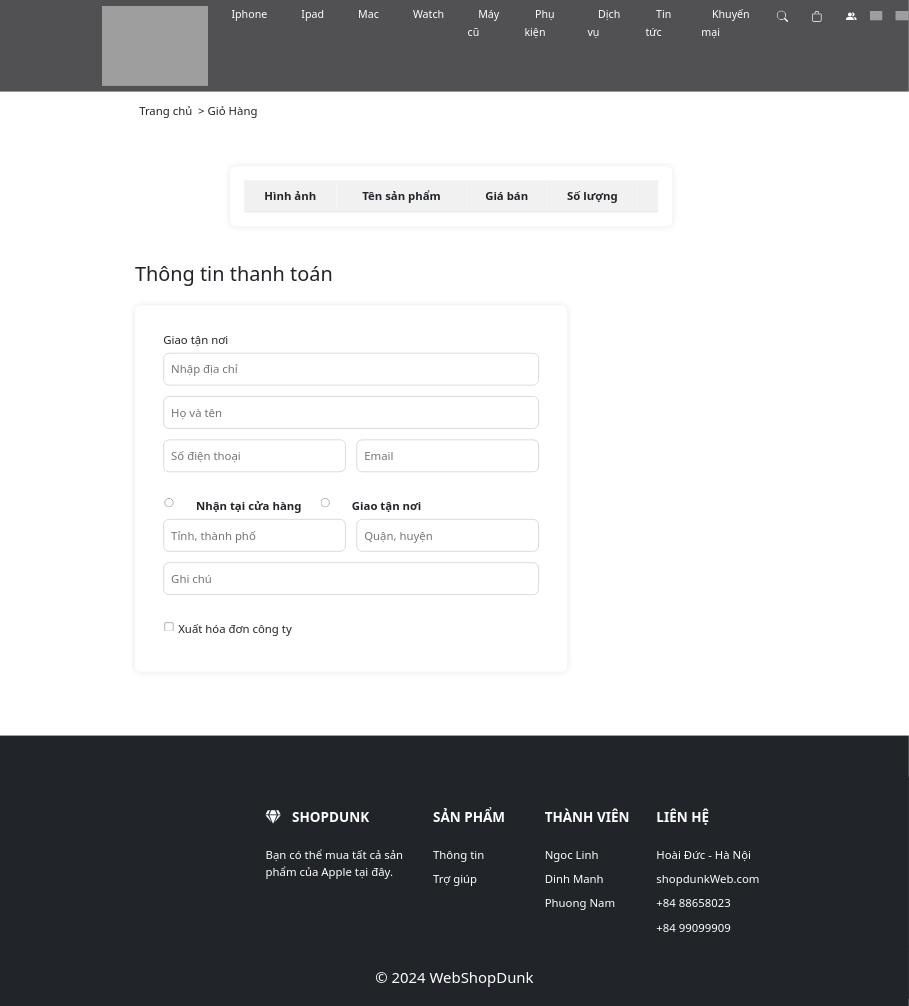
Repository: 20092004nam2k4/FE-ShopDunk
Page: /cart
The author's editor kept a copy of each file at every save. The page is drawn from the files as they stood at one save, then again after the next save.
The browser window is 1280 px wide. The pictures show the whole page, at 71% of full size.
Pictures or frames that could not be fetched are drawn as grey boxes. The page's requests for data from a server got no answer. The project was rebuilt for these pictures with package versions that can differ from the ones it lists, and the page was loaded fresh each time. No one was signed in, and anything a server would have sent is missing. Also part of the build but not shown: src/component/common/SlideImage.css, src/component/common/SlideImage.js, src/component/product/ProductList.js, src/component/product/ProductDetail.css, src/component/product/ProductDetail.js, src/component/user/LoginUser.js, src/component/user/UserProfile.js, src/component/user/RegistrationForm.css and 2 more.

Above is the page before, as saved 2024-06-25 16:42:06.

### src/component/cart/CartPage.js
import React, { useState, useEffect } from "react";
import axios from "axios";
import "./CartPage.css";

const CartPage = () => {
  const [cartItems, setCartItems] = useState([]);
  const [userName, setUserName] = useState("");

  useEffect(() => {
    const user = sessionStorage.getItem("user");
    setUserName(user);
    fetchCartItems(user);
  }, [userName]); // Thêm userName vào dependency array để theo dõi sự thay đổi của userName

  const fetchCartItems = (username) => {
    axios
      .get(`http://localhost:8090/api/products/cart/${username}`)
      .then((response) => {
        setCartItems(response.data);
      })
      .catch((error) => {
        console.error("Error fetching cart items:", error);
      });
  };

  const removeFromCart = (id) => {
    axios
      .delete(`http://localhost:8090/api/products/removeFromCart/${id}`)
      .then(() => {
        fetchCartItems(userName); // Gọi lại fetchCartItems sau khi xóa sản phẩm thành công
      })
      .catch((error) => {
        console.error("Error removing product from cart:", error);
      });
  };

  const updateQuantity = (id, newQuantity) => {
    if (newQuantity <= 0) {
      removeFromCart(id);
      return;
    }

    axios
      .put(
        `http://localhost:8090/api/products/updateCart/${id}`,
        null,
        { params: { quantity: newQuantity } }
      )
      .then(() => {
        fetchCartItems(userName); // Gọi lại fetchCartItems sau khi cập nhật số lượng thành công
      })
      .catch((error) => {
        console.error("Error updating product quantity:", error);
      });
  };

  const calculateSubtotal = () => {
    return cartItems.reduce(
      (sum, item) => sum + item.product.price * item.quantity,
      0
    );
  };

  const calculateTotal = () => {
    return calculateSubtotal();
  };

  return (
    <>

      <div className="cart-page">
        <div className="title-header">
          <p>Trang chủ &nbsp;&gt; Giỏ Hàng</p>
        </div>
        <div className="tong">
          <div className="left">
            <div className="cart-detail">
              <table className="cart">
                <thead>
                  <tr>
                    <th>Hình ảnh</th>
                    <th>Tên sản phẩm</th>
                    <th>Giá bán</th>
                    <th className="quantity-text">Số lượng</th>
                    <th></th>
                  </tr>
                </thead>
                <tbody>
                  {cartItems.map((item) => (
                    <tr key={item.id}>
                      <td>
                        <a href={`/product/${item.product.id}`}>
                          <img
                            alt={`Ảnh của ${item.product.name}`}
                            src={`http://localhost:8090/image/${item.product.image}`}
                            title={`Hiển thị chi tiết cho ${item.product.name}`}
                          />
                        </a>
                      </td>
                      <td className="product">
                        <a href={`/product/${item.product.id}`} className="product-name">
                          {item.product.name}
                        </a>
                      </td>
                      <td className="unit-price">
                        <span className="product-unit-price">
                          {parseInt(item.product.price).toLocaleString()}₫
                        </span>
                      </td>
                      <td className="quantity">
                        <div className="cart-quantity-input-container">
                          <button
                            className="quantity-button"
                            onClick={() => updateQuantity(item.id, item.quantity - 1)}
                          >
                            <i className="fas fa-minus"></i>
                          </button>
                          <input
                            className="input-text"
                            id={`quantity${item.id}`}
                            value={item.quantity}
                            size="4"
                            readOnly
                          />
                          <button
                            className="quantity-button"
                            onClick={() => updateQuantity(item.id, item.quantity + 1)}
                          >
                            <i className="fas fa-plus"></i>
                          </button>
                        </div>
                      </td>
                      <td className="remove-from-cart">
                        <button
                          onClick={() => removeFromCart(item.id)}
                          className="remove-button"
                        >
                          <i className="fas fa-trash-alt"></i>
                        </button>
                      </td>
                    </tr>
                  ))}
                </tbody>
              </table>
            </div>
          </div>


          {/* <div className="deals">
            <div className="coupon-box">
              <div className="title">
                <strong>Mã giảm giá</strong>
              </div>
              <div className="hint">Nhập phiếu giảm giá của bạn tại đây</div>
              <input></input>
              <div className="coupon-code">
                <button
                  type="submit"
                  name="applydiscountcouponcode"
                  id="applydiscountcouponcode"
                  className="button-2 apply-discount-coupon-code-button"
                >
                  Áp dụng
                </button>
              </div>
              <div className="totals">
                <div className="total-info">
                  <table className="cart-total">
                    <tbody>
                      <tr className="order-subtotal">
                        <td className="cart-total-left">
                          <label>Tổng phụ:</label>
                        </td>
                        <td className="cart-total-right">
                          <span className="value-summary">
                            {calculateSubtotal().toLocaleString()}₫
                          </span>
                        </td>
                      </tr>
                      <tr className="order-total">
                        <td className="cart-total-left">
                          <label>Tổng cộng:</label>
                        </td>
                        <td className="cart-total-right">
                          <span className="value-summary">
                            {calculateTotal().toLocaleString()}₫
                          </span>
                        </td>
                      </tr>
                    </tbody>
                  </table>
                </div>
                <div id="terms-of-service-warning-box"></div>
                <div className="terms-of-service">
                  <div className="d-flex">
                    <div>
                      <td className="remove-from-cart">
                        <input
                          type="checkbox"
                          name="removefromcart"
                          id="removefromcart274337"
                          value="274337"
                          aria-label="Tẩy"
                        />
                        <button
                          type="button"
                          name="updatecart"
                          className="remove-btn once-submit-button"
                          onClick={() => {
                            document.getElementById(
                              "removefromcart274337"
                            ).checked = true;
                            document.getElementById("updatecart").click();
                          }}
                        ></button>
                      </td>
                    </div>
                    <br></br>
                    <label htmlFor="termsofservice">
                      <span className="rule-web">Tôi đã đọc và đồng ý với</span>
                      <a
                        href="/chinh-sach-doi-tra"
                        className="read"
                        target="_blank"
                      >
                        điều khoản và điều kiện
                      </a>{" "}
                      <span className="rule-web">của website</span>
                    </label>
                  </div>
                </div>
                <div className="checkout-buttons">
                  <button
                    type="submit"
                    id="checkout"
                    name="checkout"
                    value="checkout"
                    className="button-1 checkout-button"
                  >
                    Tiến hành đặt hàng
                  </button>
                </div>
                <div className="note-ck">
                  (*) Phí phụ thu sẽ được tính khi bạn tiến hành thanh toán.
                </div>
                <div className="addon-buttons"></div>
              </div>
            </div>
          </div> */}
        </div>
      </div>



      <div className="thanhtoan">
        <h3>Thông tin thanh toán</h3>
      </div>
      <div className="tong-bot">
        <div className="left">
          <div className="enter-address bg-white">
            <h6>Giao tận nơi</h6>
            <input placeholder="Nhập địa chỉ"></input>
            <input placeholder="Họ và tên"></input>
            <div className="half-inputs">
              <input placeholder="Số điện thoại"></input>
              <input placeholder="Email"></input>
            </div>
            <div className="edit-address">
              <div className="delivery-method">
                <input type="radio" id="receive-store" name="receive-method" value="store"></input>
                <label htmlFor="receive-store">Nhận tại cửa hàng</label>
                <input type="radio" id="receive-delivery" name="receive-method" value="delivery"></input>
                <label htmlFor="receive-delivery">Giao tận nơi</label>
              </div>
              <div className="half-inputs">
                <input placeholder="Tỉnh, thành phố"></input>
                <input placeholder="Quận, huyện"></input>
              </div>
              <div>
                <input placeholder="Ghi chú"></input>
              </div>
              <div className="edit-address">
                <input type="checkbox" id="company-invoice" name="company-invoice" value="company-invoice"></input>Xuất hóa đơn công ty
              </div>
            </div>
          </div>
        </div>
      </div>
      <footer className="text-center text-lg-start bg-dark text-white footerMain">
        <section className="bg-dark" style={{ height: "243px" }}>
          <div className="container text-center text-md-start mt-5 textFooter">
            <div className="row mt-3">
              <div
                className="col-md-3 col-lg-4 col-xl-3 text-left mb-4"
                style={{ marginLeft: "104px" }}
              >
                <h6
                  className="text-uppercase fw-bold mb-4"
                  style={{ fontSize: "19px" }}
                >
                  <i className="fas fa-gem me-3" />
                  Shopdunk
                </h6>
                <p style={{ fontSize: "16px" }}>
                  Bạn có thể mua tất cả sản phẩm của Apple tại đây.
                </p>
              </div>
              <div className="col-md-2 col-lg-2 col-xl-2 text-left mb-4">
                <h6
                  className="text-uppercase fw-bold mb-4"
                  style={{ fontSize: "19px" }}
                >
                  Sản phẩm
                </h6>
                <p style={{ fontSize: "16px" }}>Thông tin</p>
                <p style={{ fontSize: "16px" }}>Trợ giúp</p>
              </div>
              <div className="col-md-3 col-lg-2 col-xl-2 text-left mb-4">
                <h6
                  className="text-uppercase fw-bold mb-4"
                  style={{ fontSize: "19px" }}
                >
                  Thành viên
                </h6>
                <p style={{ fontSize: "16px" }}>Ngoc Linh</p>
                <p style={{ fontSize: "16px" }}>Dinh Manh</p>
                <p style={{ fontSize: "16px" }}>Phuong Nam</p>
              </div>
              <div className="col-md-4 col-lg-3 col-xl-3 text-left mb-md-0 mb-4">
                <h6
                  className="text-uppercase fw-bold mb-4"
                  style={{ fontSize: "19px" }}
                >
                  Liên hệ
                </h6>
                <p style={{ fontSize: "16px" }}>Hoài Đức - Hà Nội</p>
                <p style={{ fontSize: "16px" }}>shopdunkWeb.com</p>
                <p style={{ fontSize: "16px" }}>+84 88658023</p>
                <p style={{ fontSize: "16px" }}>+84 99099909</p>
              </div>
            </div>
          </div>
        </section>
        <div
          className="text-center p-4 bg-dark"
          style={{
            backgroundColor: "#40474b",
            height: "70px",
            fontSize: "21px",
            textAlign: "center",
          }}
        >
          © 2024 WebShopDunk
        </div>
      </footer>
    </>

  );
};

export default CartPage;

### src/component/common/Navbar.css
.navbar {
  background-color: #515154;
  padding: 10px;
  position: relative; /* Thêm thuộc tính position relative */
}

.navbar-links {
  list-style: none;
  display: flex;
  justify-content: center;
  max-width: 1400px;
  margin: 0;
padding-left: 125px;
 position: relative; /* Thêm thuộc tính position relative */
  z-index: 1; /* Đảm bảo navbar hiển thị trên cùng */
}

.navbar-links li {
  padding-left: 18px;
}

.navbar-links a {
  color: white;
  text-decoration: none;
  padding: 10px 15px 25px;
  transition: background-color 0.3s;
  font-size: 15px;
}

.navbar-links a:hover {
  background-color: #6a6969;
}

.imageIcon {
  width: 150px;
}

.icon-bag,
.icon-people,
.icon-search {
  color: white;
  height: 30px;
}

.imageIconVN {
  height: 14px;
}

.dropdown-menu {
  position: absolute;
  top: 100%; /* Hiển thị menu dropdown bên dưới navbar */
  left: 0;
  background-color: #515154;
  min-width: 200px; /* Độ rộng tối thiểu của dropdown menu */
  z-index: 10; /* Đảm bảo menu dropdown hiển thị trên cùng */
  box-shadow: 0px 8px 16px rgba(0, 0, 0, 0.2); /* Đổ bóng cho dropdown menu */
  display: none; /* Ẩn dropdown menu mặc định */
}

.dropdown-menu.active {
  display: block; /* Hiển thị dropdown menu khi active */
}

.dropdown-menu a {
  color: white;
  text-decoration: none;
  padding: 15px;
  display: block;
  transition: background-color 0.3s;
}

.dropdown-menu a:hover {
  background-color: #7f7d7d;
}

### src/component/user/Login.css
body {
    font-family: sans-serif;
    /* display: flex; */
    justify-content: center;
    align-items: center;
    min-height: 100vh;
    background-color: #f5f5f5;
  }
  .userName-login{
    margin-top: 25px;
  }



  .left-side {
    width: 50%;
    display: flex;
    justify-content: center;
    align-items: center;
    margin-top: 90px;
  }

  .right-side {
    width: 50%;
    padding: 20px;
    margin-top: 90px;
  }

  .left-side img {
    width: 100%;
    max-width: 600px;
    height: 350px;
  }

  h2 {
    margin-bottom: 20px;
  }

  input[type="text"],
  input[type="password"] {
    width: 100%;
    padding: 10px;
    margin-bottom: 15px;
    border: 1px solid #ddd;
    border-radius: 10px;
    box-sizing: border-box;
  }

  input[type="checkbox"] {
    margin-right: 5px;
  }

  button {
    background-color: #007bff;
    color: #fff;
    padding: 10px 20px;
    border: none;
    border-radius: 3px;
    cursor: pointer;
    width: 100%;
  }

  .link {
    display: block;
    text-align: center;
    margin-top: 15px;
    color: #007bff;
    text-decoration: none;
  }

  .footerMain{
margin-top: 200px;
  }
  .textFooter{
    padding-left: 200px !important;
  }
  .textToRegister{
    margin-top: 15px;
  }

### src/component/product/ProductCart.css
.product-list {
  display: flex;
  flex-wrap: wrap;
  justify-content: center;
}
.product-card img {
  max-width: 100%;
  height: auto;
}
.tittleIphone {
  text-align: center;
  margin-top: 38px;
  margin-bottom: 20px;
}
.a-category {
  text-align: center;
  margin-top: 20px;
}
.custom-blue {
  color: #0066cc !important;
  border-color: #0066cc !important;
}
.custom-blue:hover {
  color: #fff !important;
  background-color: #0066cc !important;
}
.button-text {
  font-size: 17px;
}
.product-card {
  width: 271px;
  height: 430px;
  display: flex;
  flex-direction: column;
  align-items: center;
  justify-content: space-between;
  border: 1px solid #ddd;
  padding: 10px;
  margin: 10px;
  box-shadow: 0 4px 8px rgba(0, 0, 0, 0.1); /* Thêm đổ bóng để đẹp hơn */
  border-radius: 5px;
  color: white;
}
.product-name {
  font-weight: bold;
}
.product-price-wrapper {
  display: flex;
  align-items: center;
  gap: 10px;
}
.product-discounted-price {
  font-weight: 700;
  font-size: 16px;
  line-height: 24px;
  color: #0066cc;
}
.product-original-price-wrapper {
  display: flex;
  align-items: center;
}
.product-price {
  color: #6c757d; /* Màu đen nhạt */
  text-decoration: line-through;
  font-size: 16px;
  margin-right: 5px; /* Khoảng cách giữa giá cũ và tag giảm giá */
}
.discount-tag {
  color: #6c757d; /* Màu đen nhạt */
  font-size: 16px;
}
.img-info {
  width: 1200px;
  height: 401px;
}
.info-banner {
  text-align: center;
  margin-top: 80px;
}
.bg-dark {
  background-color: #575757 !important;
}
.text-white {
  color: #fff !important;
}
.border-bottom {
  border-color: rgba(255, 255, 255, 0.1) !important;
}
.footer-links a {
  color: #fff !important;
}
.footer-links a:hover {
  color: #ddd !important;
}
.footerMain {
  margin-top: 90px;
}
.product-card-link {
  text-decoration: none;
  color: inherit; /* Optional: Inherit color to prevent default link color */
}
.textFooter{
  padding-top: 30px;
}

.carousel {
  margin-top: 20px;
  margin-bottom: 20px; /* Để tạo khoảng cách giữa carousel và danh sách sản phẩm */
  padding: 0 210px; /* Thu nhỏ carousel vào 100px mỗi bên */
}

.carousel-inner {
  width: 100%; /* Đảm bảo width của carousel vẫn 100% */
  margin: auto; /* Căn giữa carousel */
}
.carousel-control {
  padding: 0 230px; /* Đặt khoảng cách 20px giữa các nút chuyển ảnh */
}
.category-products-container {
  background-color: #f5f5f7; /* Màu nền của trang */
}
.tittle-headerCategory{
  background-color: white;
  margin-left: 210px;
  padding-top: 15px;
  color: #6c757d;
  padding-bottom: -10px;
}
.cart-quantity-input-container {
  display: flex;
  align-items: center;
  justify-content: center;
  gap: 5px; /* Adjust gap between elements */
}

.quantity-btn {
  background-color: #0066CC; /* Button background color */
  color: #fff; /* Button text color */
  border: none; /* Remove default border */
  border-radius: 4px; /* Rounded corners */
  width: 30px; /* Button width */
  height: 30px; /* Button height */
  display: flex; /* Center text horizontally */
  align-items: center; /* Center text vertically */
  justify-content: center; /* Center text horizontally */
  font-size: 18px; /* Increase font size */
  cursor: pointer; /* Change cursor on hover */
}

.quantity-btn:hover {
  background-color: #005bb5; /* Darken button color on hover */
}

.input-text {
  width: 40px; /* Adjust input width */
  text-align: center; /* Center text */
  border: 1px solid #ddd; /* Input border */
  border-radius: 4px; /* Rounded corners */
  padding: 5px; /* Input padding */
  font-size: 16px; /* Adjust font size */
}

Loaded but not shown: public/index.html (common file); src/index.js (common file); src/component/common/Navbar.js (148 lines, source omitted); src/App.js (47 lines, source omitted); src/context/AuthContext.js (34 lines, source omitted); src/component/cart/CartPage.css (406 lines, source omitted); src/component/user/UserProfile.css (214 lines, source omitted)

After the next save:
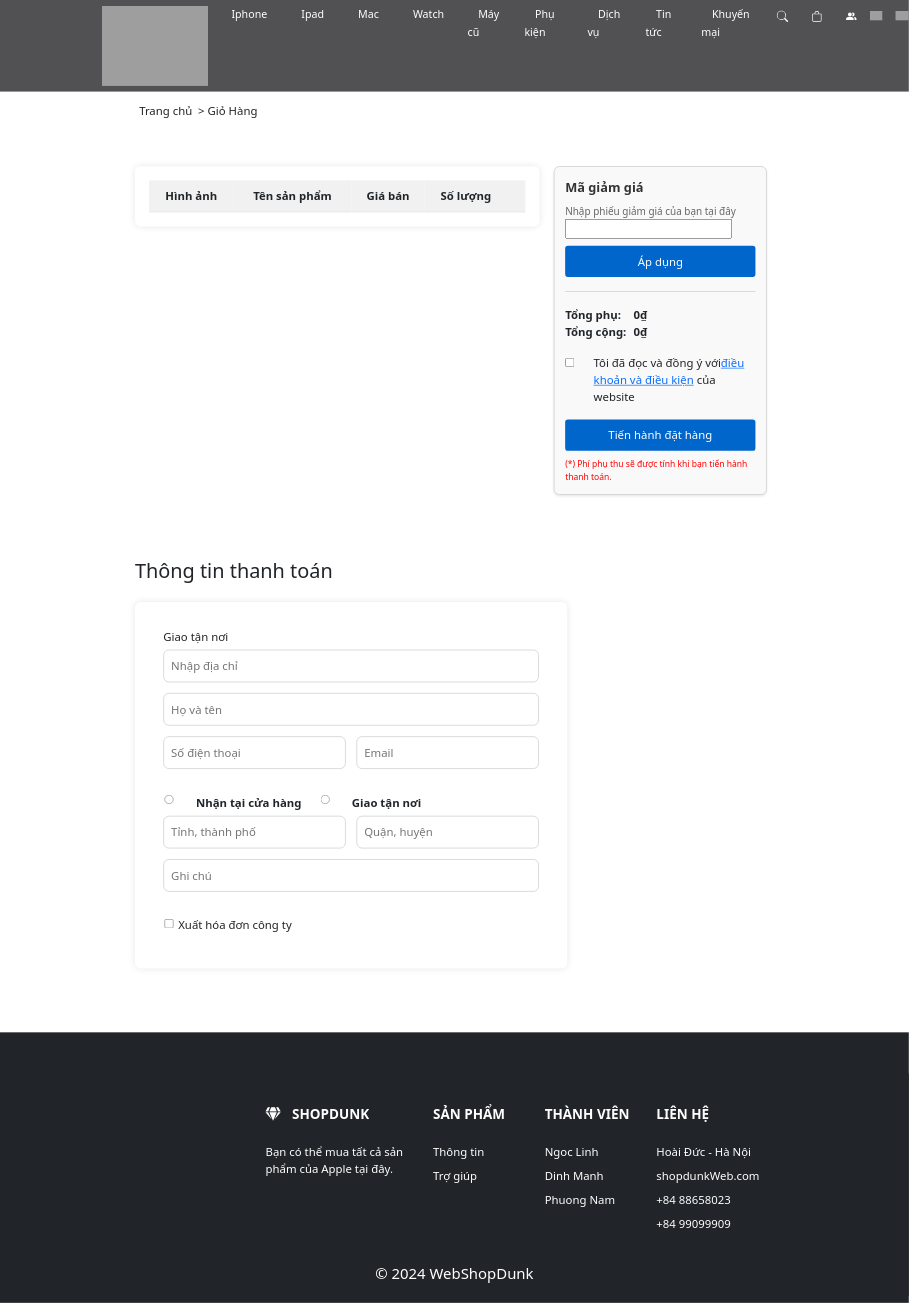
Saved 16 s later.
--- a/src/component/cart/CartPage.js
+++ b/src/component/cart/CartPage.js
@@ -146,7 +146,7 @@
           </div>
 
 
-          {/* <div className="deals">
+          <div className="deals">
             <div className="coupon-box">
               <div className="title">
                 <strong>Mã giảm giá</strong>
@@ -246,7 +246,7 @@
                 <div className="addon-buttons"></div>
               </div>
             </div>
-          </div> */}
+          </div>
         </div>
       </div>
 

After the save that followed:
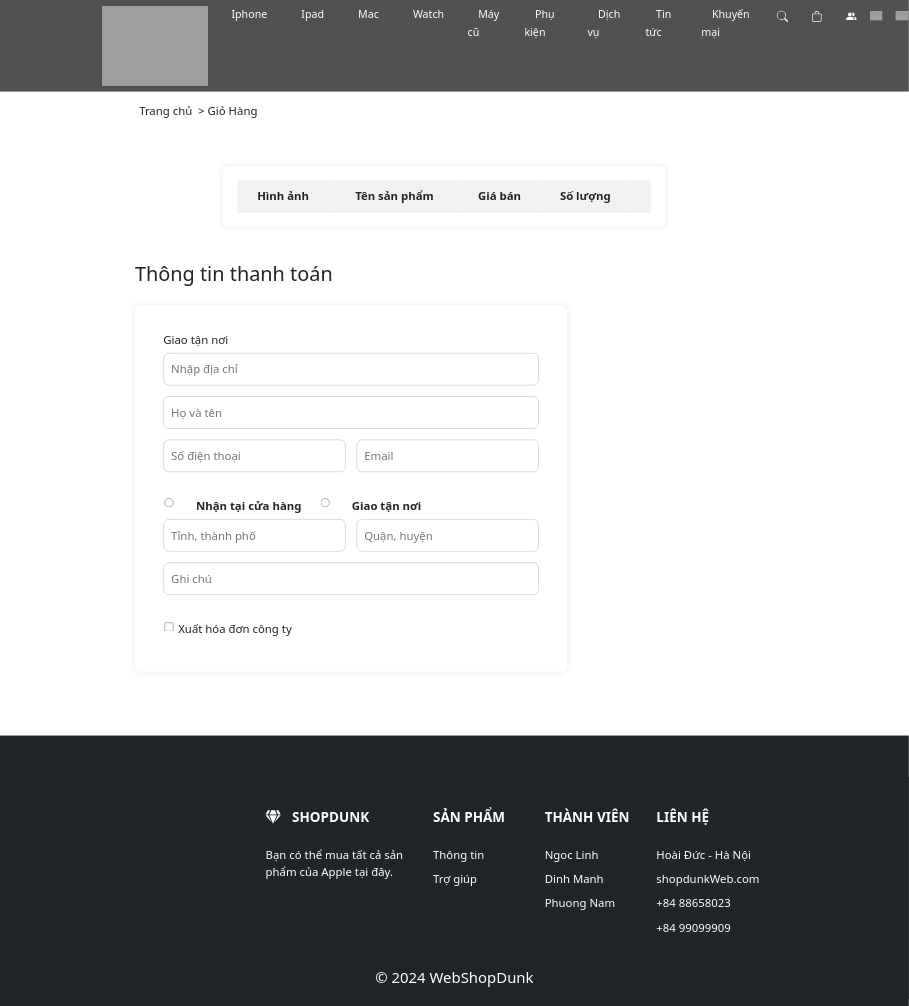
Saved 16 s later.
--- a/src/component/cart/CartPage.js
+++ b/src/component/cart/CartPage.js
@@ -147,7 +147,7 @@
 
 
           <div className="deals">
-            <div className="coupon-box">
+            {/* <div className="coupon-box">
               <div className="title">
                 <strong>Mã giảm giá</strong>
               </div>
@@ -245,7 +245,7 @@
                 </div>
                 <div className="addon-buttons"></div>
               </div>
-            </div>
+            </div> */}
           </div>
         </div>
       </div>
